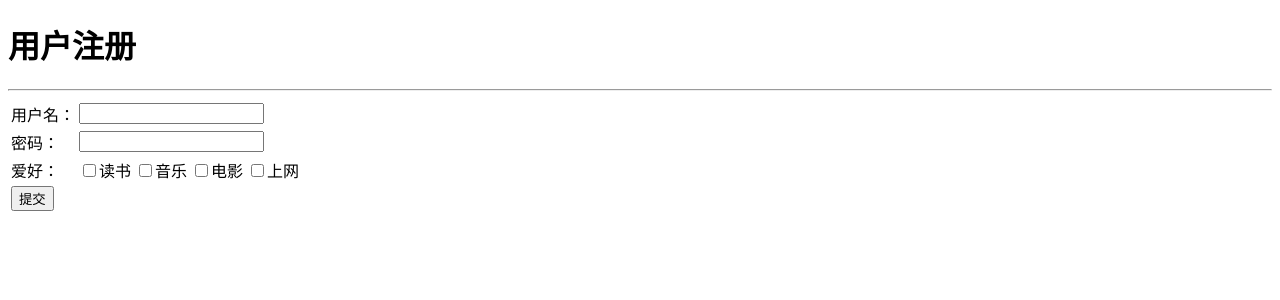
Repository: Zendq1998/jdbc
Page: http://localhost/webroot/reg.jsp
The author's editor kept a copy of each file at every save. The page is drawn from the files as they stood at one save, then again after the next save.
The browser window is 1280 px wide. The pictures show the whole page.
The page is served by Tomcat 9. Nobody is signed in. The application's start-up code is not run. Other server files are loaded and not shown.

Above is the page before, as saved 2018-04-20 03:18:22.

### webroot/WebContent/reg.jsp
<%@ page language="java" contentType="text/html; charset=UTF-8"
    pageEncoding="UTF-8"%>
<!DOCTYPE html PUBLIC "-//W3C//DTD HTML 4.01 Transitional//EN" "http://www.w3.org/TR/html4/loose.dtd">
<html>
<head>
<meta http-equiv="Content-Type" content="text/html; charset=UTF-8">
<title>Insert title here</title>
</head>
<body>
<h1>用户注册</h1>
<hr>
<form action="request.jsp" method="post" name="regForm">
	<table>
		<tr>
			<td>用户名：</td>
			<td>
				<input type="text" name="username">
			</td>
		</tr>
		<tr>
			<td>密码：</td>
			<td>
				<input type="password" name="password">
			</td>
		</tr>
		<tr>
			<td>爱好：</td>
			<td>
				<input type="checkbox" name="favorite" value="read">读书
				<input type="checkbox" name="favorite" value="music">音乐
				<input type="checkbox" name="favorite" value="movie">电影
				<input type="checkbox" name="favorite" value="internet">上网
			</td>
		</tr>
		<tr>
			<td colspan="2">
				<input type="submit" value="提交">
			</td>
		</tr>
	</table>
</form>
</body>
</html>

After the next save:
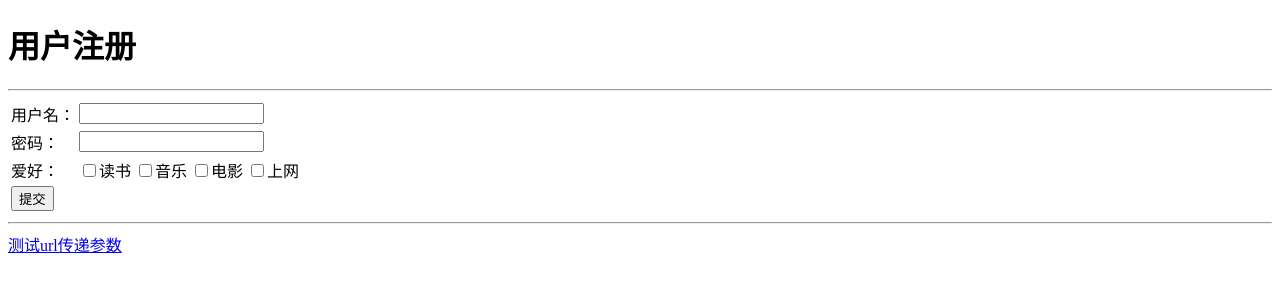
Saved 3 h 18 min later.
--- a/webroot/WebContent/reg.jsp
+++ b/webroot/WebContent/reg.jsp
@@ -39,5 +39,7 @@
 		</tr>
 	</table>
 </form>
+<hr>
+<a href="request.jsp?username=haha">测试url传递参数</a>
 </body>
 </html>
